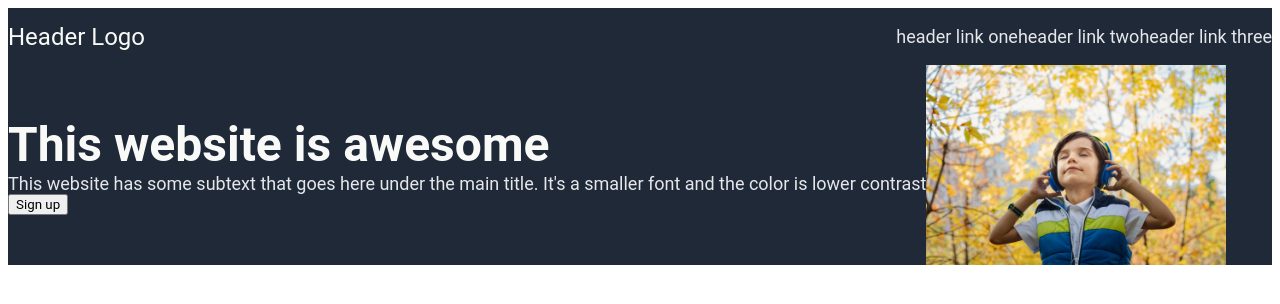
Repository: z1youRA/FirstWebsite
Page: index.html
These files come from the project's save history. The page is drawn as it stood at one moment and after the next save; the edit follows.
The browser window is 1280 px wide. The pictures show the whole page.

Above is the page before, as saved 2021-11-25 17:10:35.

### index.html
<!DOCTYPE html>
<html lang="en">
<head>
    <meta charset="UTF-8">
    <meta http-equiv="X-UA-Compatible" content="IE=edge">
    <meta name="viewport" content="width=device-width, initial-scale=1.0">
    <title>The Odin Project</title>
    <link rel="stylesheet" href="styles.css">
</head>
<body>
    <div class="hero">
        <div class="header">
            <div class="logo">Header Logo</div>
                <ul class="right-links">
                    <li><a href="google.com">header link one</a></li>
                    <li><a href="google.com">header link two</a></li>
                    <li><a href="google.com">header link three</a></li>
                </ul>
        </div>
        <div class="container">
            <div class="text">
                <div class="main">This website is awesome</div>
                <div class="secondary">This website has some subtext that goes here under the main title. It's a smaller font and the color is lower contrast</div>
                <button>Sign up</button>
            </div>
            <img src="images/hero.jpg">
        </div>
    </div>

</body>
</html>

### styles.css
* {
    font-family:roboto, 'Gill Sans', 'Gill Sans MT', Calibri, 'Trebuchet MS', sans-serif;
}

.hero {
    background-color: #1f2937;
    display: flex;
    flex-direction: column;
}

.header {
    display: flex;
    align-items: center;
    justify-content: space-between;
}

.container {
    display: flex;
    align-items: center;
    justify-self: center;
}

.right-links {
    display: flex;
    flex-direction: row;
}

.hero img {
    max-height: 200px;
}

.header .logo {
    font-size: 24px;
    color: #F9FAF8;
}

.header .right-links {
    font-size: 18px;
    color: #e5e7eb;
}

.hero .main {
    font-size: 48px;
    font-weight:bolder;
    color: #F9FAF8;
}

.hero .secondary {
    font-size: 18px;
    color: #e5e7eb;
}

ul {
    list-style-type: none;
}

.header a {
    text-decoration: none;
    color: #e5e7eb;
}

After the next save:
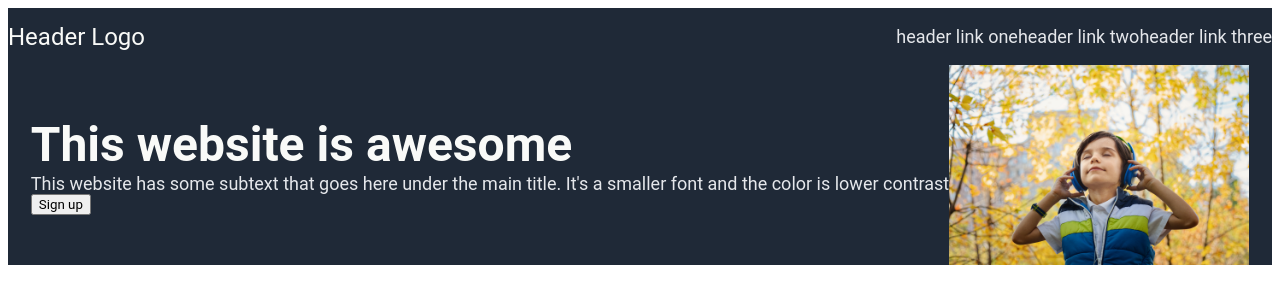
Saved 42 s later.
--- a/styles.css
+++ b/styles.css
@@ -17,8 +17,9 @@
 .container {
     display: flex;
     align-items: center;
-    justify-self: center;
+    justify-content: center;
 }
+
 
 .right-links {
     display: flex;
